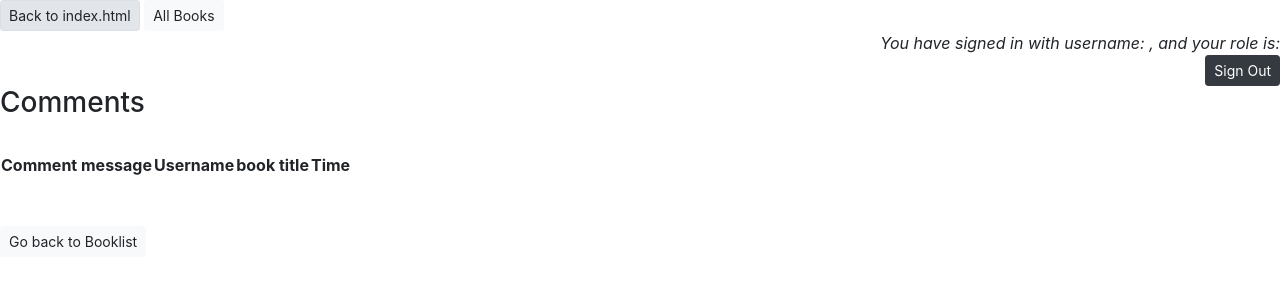
Repository: LiljestromNadja/Backend_s2023_harjoitustyo
Page: http://localhost/articleComments
The author's editor kept a copy of each file at every save. The page is drawn from the files as they stood at one save, then again after the next save.
The browser window is 1280 px wide. The pictures show the whole page.
The page is this project's Thymeleaf template; nobody is signed in. The template is opened directly, without the code that normally fills it, so the values that code supplies are empty.

Above is the page before, as saved 2023-11-09 17:49:15.

After the next save:
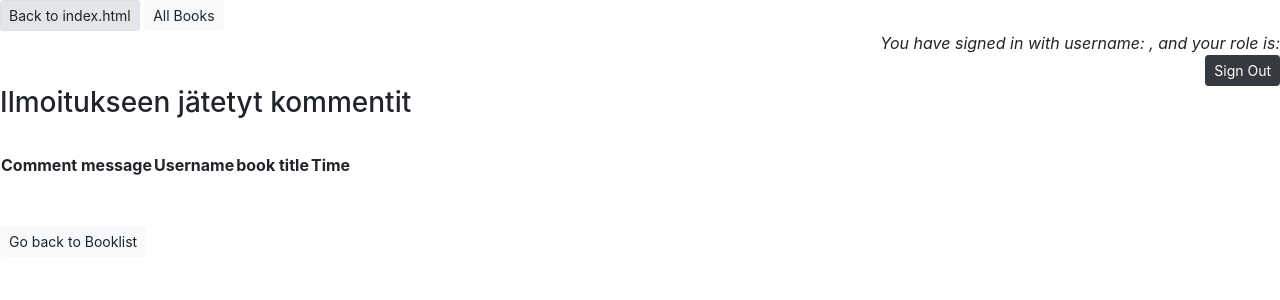
Saved 28 s later.
--- a/harkkas23v01/src/main/resources/templates/articleComments.html
+++ b/harkkas23v01/src/main/resources/templates/articleComments.html
@@ -25,7 +25,7 @@
 		</form>
 
 	</div>
-	<h3>Comments</h3>
+	<h3>Ilmoitukseen jätetyt kommentit</h3>
 
 
 	<table>
